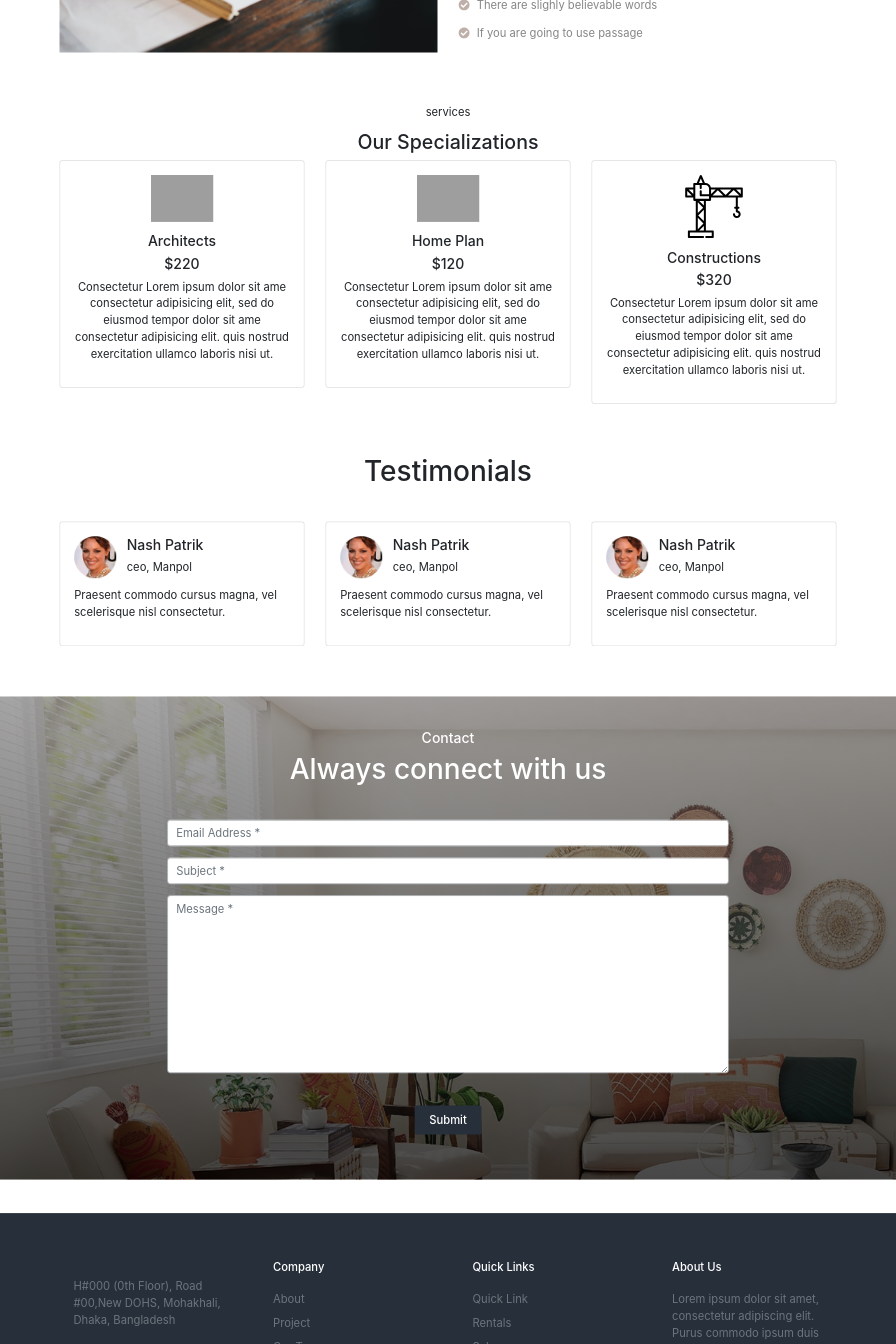
Repository: arif286/home-decoration-client-site
Page: /
These files come from the project's save history. The page is drawn as it stood at one moment and after the next save; the edit follows.
The browser window is 1280 px wide. The pictures show the part of the page from y = 1450 to 3370 px (the page is 3554 px tall before and 3488 px after), at 70% of full size.
Pictures or frames that could not be fetched are drawn as grey boxes. The page's requests for data from a server got no answer. The project was rebuilt for these pictures with package versions that can differ from the ones it lists, and the page was loaded fresh each time. No one was signed in, and anything a server would have sent is missing. Also part of the build but not shown: src/components/DashBoard/Admin/AddService/AddService.css, src/components/DashBoard/Admin/AddService/AddService.js, src/components/DashBoard/Admin/MakeAdmin/MakeAdmin.css, src/components/DashBoard/Admin/MakeAdmin/MakeAdmin.js, src/components/DashBoard/Admin/ManageService/ManageService.js, src/components/DashBoard/Admin/OrderList/OrderList.js, src/components/DashBoard/User/Booking/Booking.js, src/components/DashBoard/User/BookingList/BookingList.js and 12 more.

Above is the page before, as saved 2021-04-16 04:39:53.

After the next save:
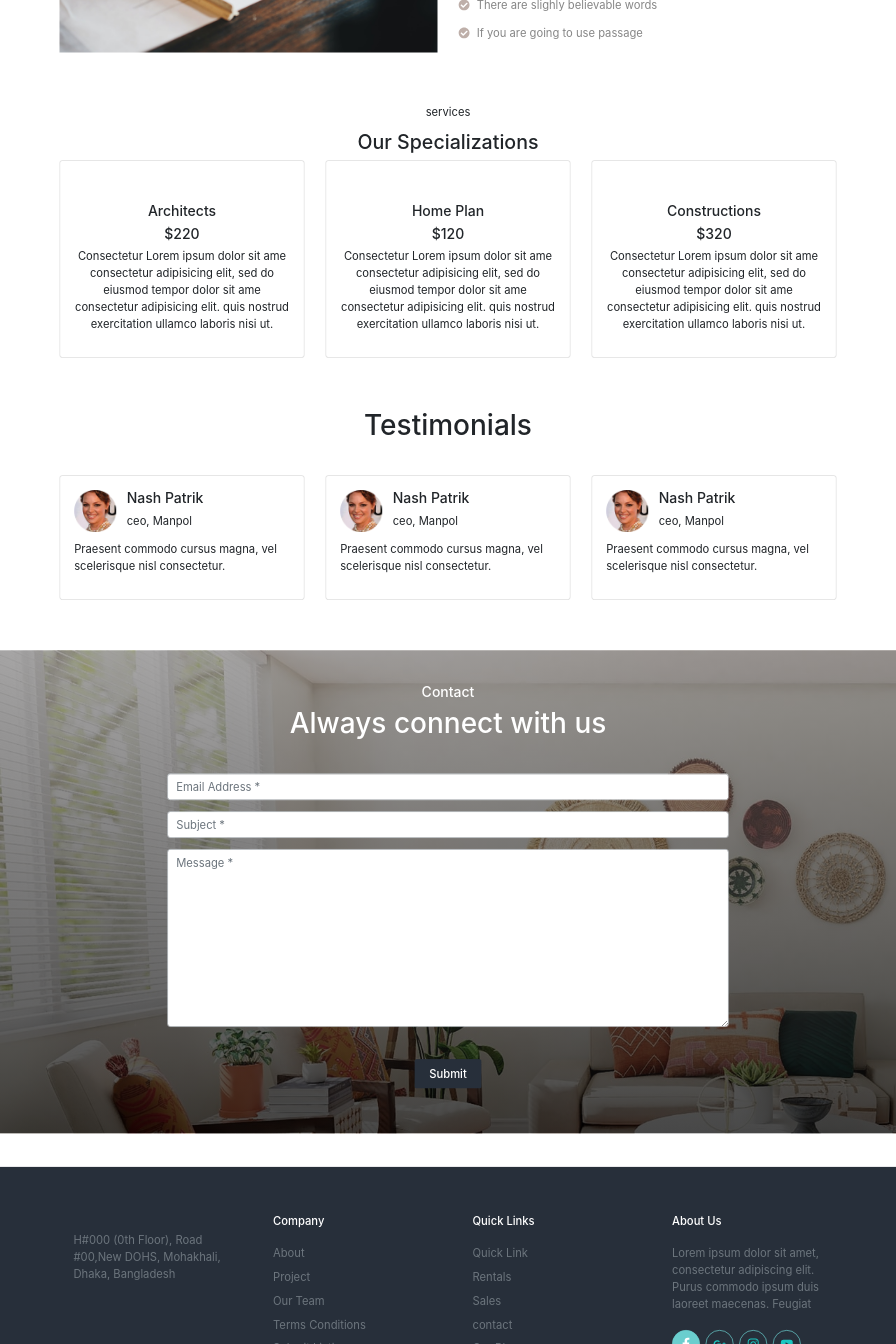
Saved 2 min 31 s later.
--- a/src/components/HomePage/ServiceCard/ServiceCard.js
+++ b/src/components/HomePage/ServiceCard/ServiceCard.js
@@ -5,7 +5,7 @@ const ServiceCard = ({ service }) => {
   return (
     <Card className='text-center'>
       <Card.Body>
-        <img style={{width:'90px', }} src={service.picture} alt="" />
+        <img style={{width:'90px', }} src={service.image} alt="" />
         <h5 className='mt-3'>{service.title}</h5>
         <h5>${service.price}</h5>
         <p>{service.text}</p>
